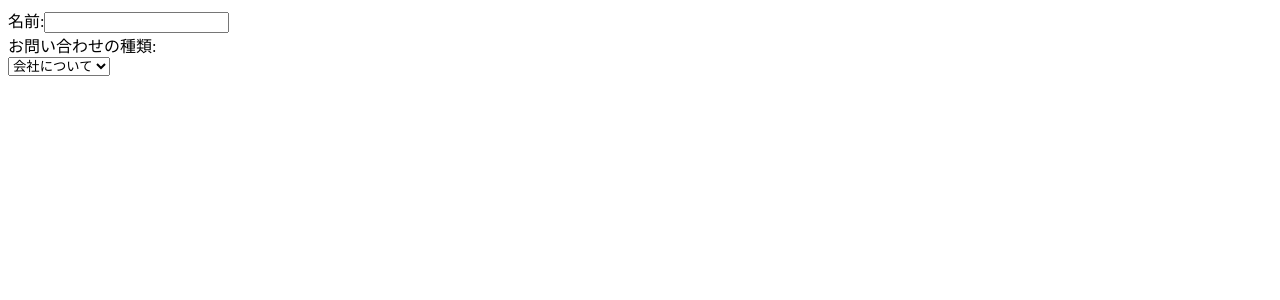
Repository: kazutoshiyamamoto0909/test
Page: http://localhost/WebProj2/inquiry.jsp
An editor plug-in stored every save of this project. The page is shown before and after the next save, followed by the edit.
The browser window is 1280 px wide. The pictures show the whole page.
The page is served by Tomcat 9.

Above is the page before, as saved 2018-08-30 08:09:24.

After the next save:
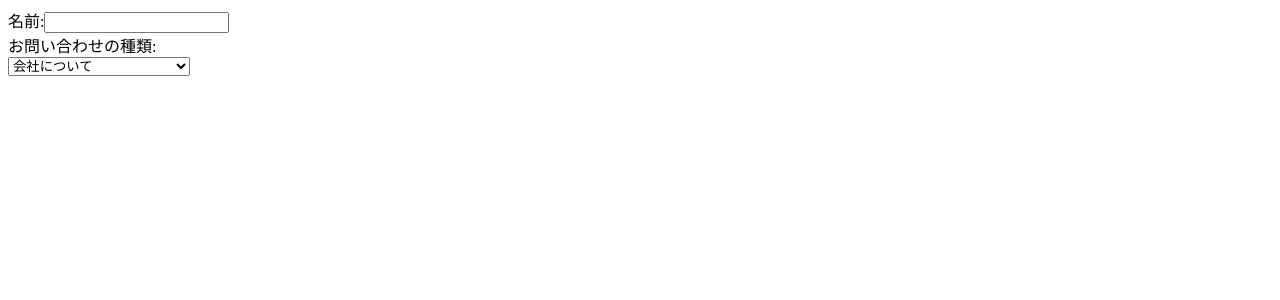
Saved 51 s later.
--- a/WebProj2/WebContent/inquiry.jsp
+++ b/WebProj2/WebContent/inquiry.jsp
@@ -12,8 +12,10 @@
 お問い合わせの種類:<br>
 <select name="qtype">
 <option value="company">会社について</option>
+<option value="product">製品について</option>
+<option value="support">アフターサポートについて</option>
+</select>
 
-</select>
 </s:form>
 </body>
 </html>
